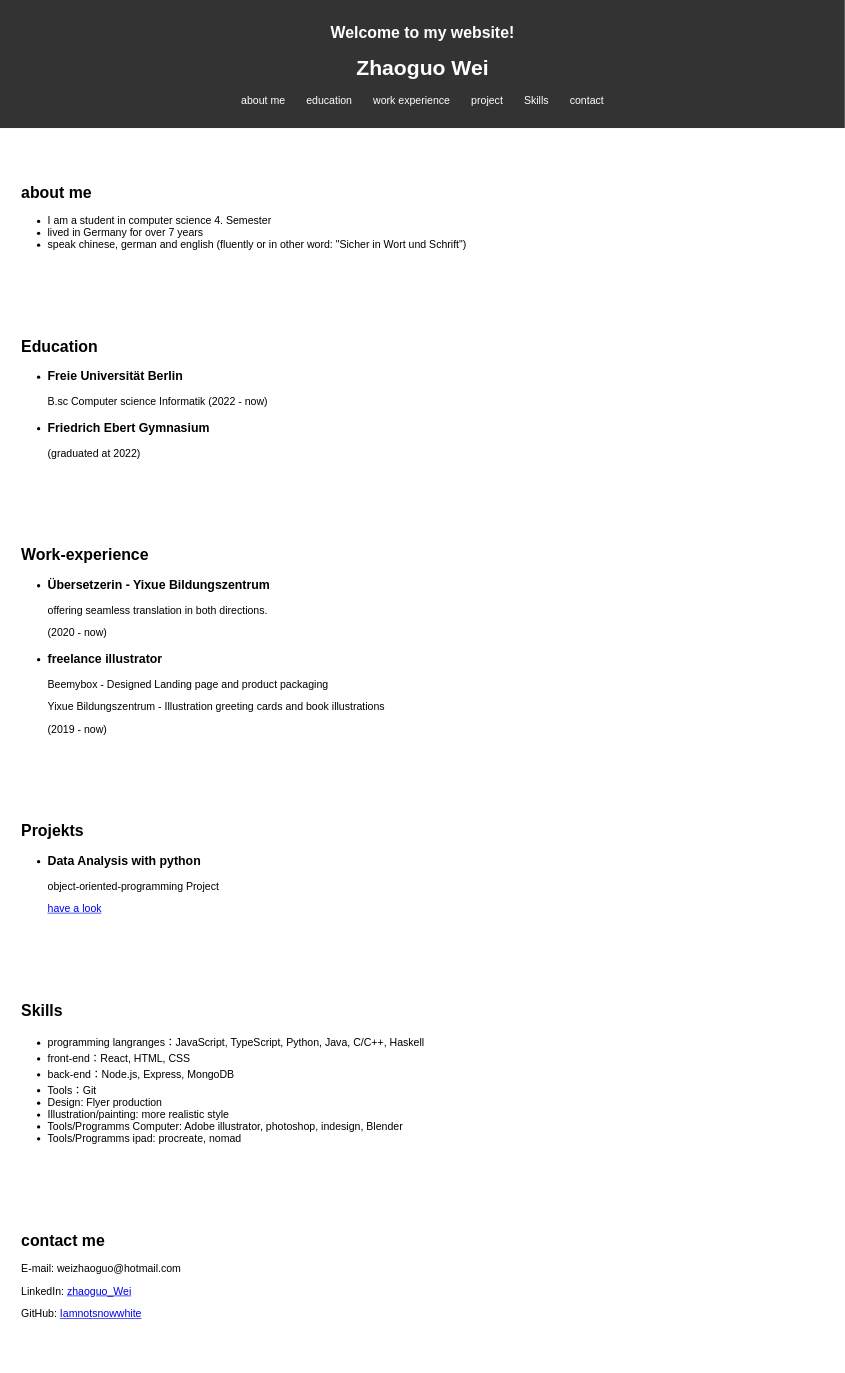
Repository: Iamnotsnowwhite/my-resume
Page: /
The author's editor kept a copy of each file at every save. The page is drawn from the files as they stood at one save, then again after a run of saves.
The browser window is 1280 px wide. The pictures show the whole page, at 66% of full size.
The project was rebuilt for these pictures with package versions that can differ from the ones it lists, and the page was loaded fresh each time.

Above is the page before, as saved 2024-08-04 16:51:45.

### src/index.css
body {
  font-family: Arial, sans-serif;
  margin: 0;
  padding: 0;
}

header {
  background-color: #333;
  color: #fff;
  padding: 1em 0;
  text-align: center;
}

header nav ul {
  list-style: none;
  padding: 0;
}

header nav ul li {
  display: inline;
  margin: 0 1em;
}

header nav ul li a {
  color: #fff;
  text-decoration: none;
}

section {
  padding: 2em;
  margin: 2em 0;
}

footer {
  text-align: center;
  padding: 1em 0;
  background-color: #333;
  color: #fff;
}

### src/App.tsx
import React from 'react';
import Header from './components/Header';
import About from './components/About';
import Education from './components/Education';
import Experience from './components/Experience';
import Projects from './components/Projects';
import Skills from './components/Skills';
import Contact from './components/Contact';

const App: React.FC = () => {
  return (
    <div>
      <Header />
      <About />
      <Education />
      <Experience />
      <Projects />
      <Skills />
      <Contact />
    </div>
  );
};

export default App;

### src/components/Header.tsx
import React from 'react';
// import logo from '/Users/guoguo/Desktop/my-resume/src/未命名作品.png'; // maybe a picture from me...

const Header: React.FC = () => {
  return (
    <header>
      {/* <img src={} alt="Logo" /> */}
      <h2>Welcome to my website!</h2>
      <h1>Zhaoguo Wei</h1>
      <nav>
        <ul>
          <li><a href="about_me.html">about me</a></li>
          <li><a href="#education">education</a></li>
          <li><a href="#experience">work experience</a></li>
          <li><a href="#projects">project</a></li>
          <li><a href="#skills">Skills</a></li>
          <li><a href="#contact">contact</a></li>
        </ul>
      </nav>
    </header>
  );
};

export default Header;

### src/components/About.tsx
import React from 'react';

const About: React.FC = () => {
  return (
    <section id="about">
      <h2>about me</h2>
      <ul>
      <li>I am a student in computer science 4. Semester</li>
      <li>lived in Germany for over 7 years</li>
      <li>speak chinese, german and english (fluently or in other word: "Sicher in Wort und Schrift")</li>
      {/* <li></li> */}
      </ul>
      <></>
    </section>
  );
};

export default About;

### src/components/Education.tsx
import React from 'react';

const Education: React.FC = () => {
  return (
    <section id="education">
      <h2>Education</h2>
      <ul>
        <li>
          <h3>Freie Universität Berlin</h3>
          <p> B.sc Computer science Informatik (2022 - now)</p>
        </li>
        <li>
          <h3>Friedrich Ebert Gymnasium</h3>
          <p>(graduated at 2022)</p>
        </li>
      </ul>
    </section>
  );
};

export default Education;

### src/components/Experience.tsx
import React from 'react';

const Experience: React.FC = () => {
  return (
    <section id="experience">
      <h2>Work-experience</h2>
      <ul>
        <h3></h3>
        <li>
          <h3>Übersetzerin - Yixue Bildungszentrum</h3>
          <p> offering seamless translation in both directions.</p>
          <p>(2020 - now)</p>
        </li>
        <li>
          <h3>freelance illustrator</h3>
          <p>Beemybox - Designed Landing page and product packaging </p>
          <p>Yixue Bildungszentrum - Illustration greeting cards and book illustrations</p>
          <p>(2019 - now)</p>
        </li>
      </ul>
    </section>
  );
};

export default Experience;

### src/components/Projects.tsx
import React from 'react';

const Projects: React.FC = () => {
  return (
    <section id="projects">
      <h2>Projekts</h2>
      <ul>
        <li>
          <h3>Data Analysis with python</h3>
          <p>object-oriented-programming Project</p>
          <a href="there is nothing!">have a look</a>
        </li>
        {/* <li>
          <h3>在线聊天室</h3>
          <p>一个基于WebSocket的实时聊天应用，支持多人聊天和私聊。</p>
          <a href="https://github.com/yourusername/chat-project">查看项目</a>
        </li> */}
      </ul>
    </section>
  );
};

export default Projects;

### src/components/Skills.tsx
import React from 'react';

const Skills: React.FC = () => {
  return (
    <section id="skills">
      <h2>Skills</h2>
      <ul>
        <li>programming langranges：JavaScript, TypeScript, Python, Java, C/C++, Haskell</li>
        <li>front-end：React, HTML, CSS</li>
        <li>back-end：Node.js, Express, MongoDB</li>
        <li>Tools：Git</li>
        <li>Design: Flyer production</li>
        <li>Illustration/painting: more realistic style</li>
        <li>Tools/Programms Computer: Adobe illustrator, photoshop, indesign, Blender</li>
        <li>Tools/Programms ipad: procreate, nomad</li>
      </ul>
    </section>
  );
};

export default Skills;

### src/components/Contact.tsx
import React from 'react';

const Contact: React.FC = () => {
  return (
    <section id="contact">
      <h2>contact me</h2>
      <p>E-mail: weizhaoguo@hotmail.com</p>
      <p>LinkedIn: <a href="https://www.linkedin.com/in/zhaoguo-wei-282473306">zhaoguo_Wei</a></p>
      <p>GitHub: <a href="https://github.com/Iamnotsnowwhite">Iamnotsnowwhite</a></p>
    </section>
  );
};

export default Contact;

Loaded but not shown: public/index.html (common file); src/index.tsx (common file)

After the next 3 saves:
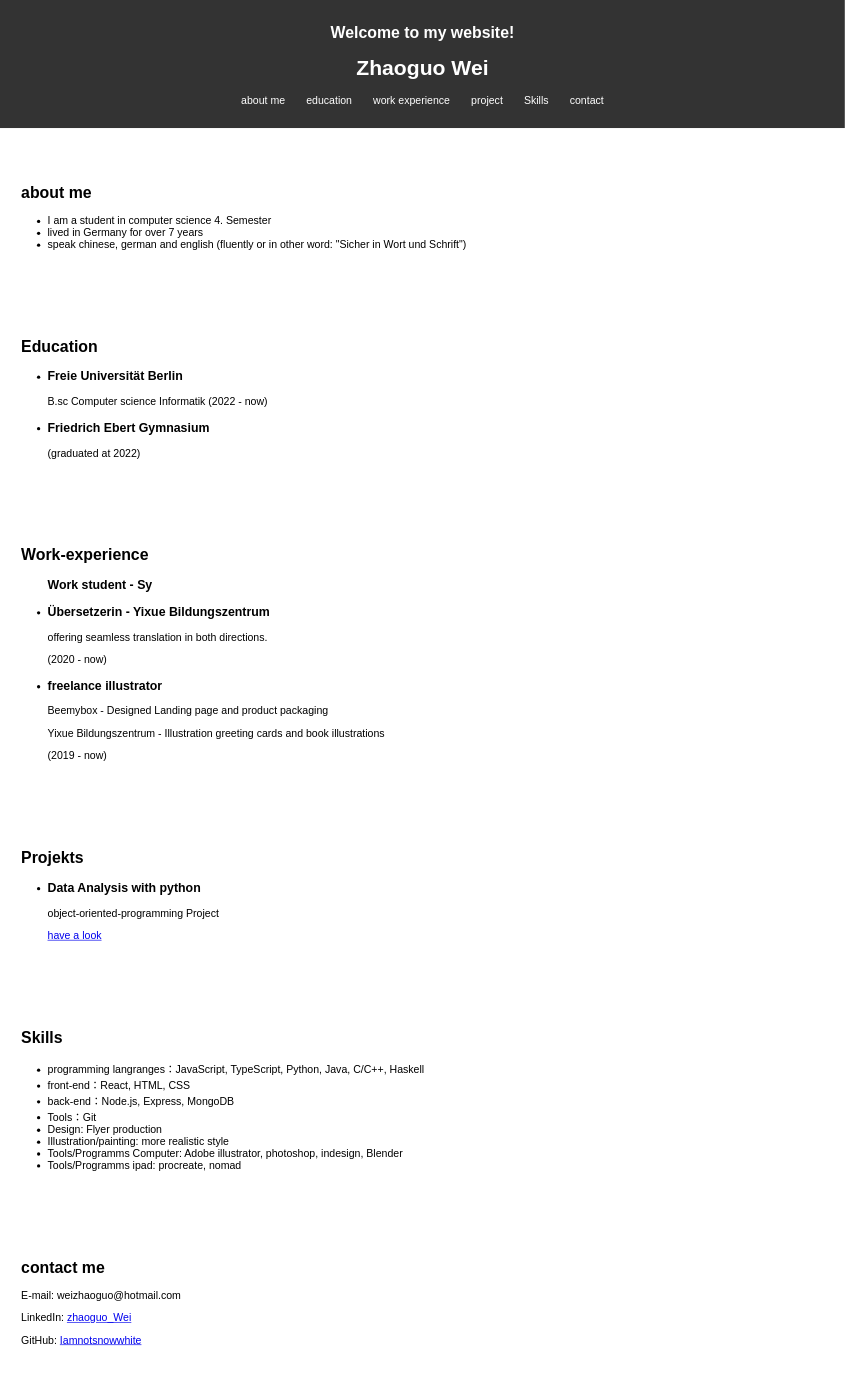
The 3 saves are shown as one change because they came seconds apart.
The last was saved 20 s later.
--- a/src/components/Experience.tsx
+++ b/src/components/Experience.tsx
@@ -5,7 +5,7 @@
     <section id="experience">
       <h2>Work-experience</h2>
       <ul>
-        <h3></h3>
+        <h3>Work student - Sy</h3>
         <li>
           <h3>Übersetzerin - Yixue Bildungszentrum</h3>
           <p> offering seamless translation in both directions.</p>
